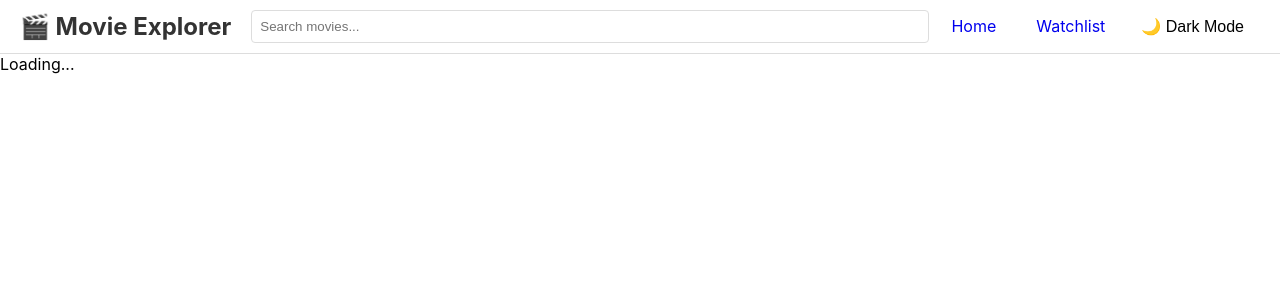
Repository: Akashmadhunala/Assignment-4-Movie_Explorer
Page: /search
The author's editor kept a copy of each file at every save. The page is drawn from the files as they stood at one save, then again after a run of saves.
The browser window is 1280 px wide. The pictures show the whole page.
The project was rebuilt for these pictures with package versions that can differ from the ones it lists, and the page was loaded fresh each time. Also part of the build but not shown: src/components/styles/MovieCard.module.css, src/components/MovieCard.js, src/styles/Home.module.css, src/pages/Home.js, src/styles/MovieDetail.module.css, src/pages/MovieDetail.js, src/styles/Search.module.css, src/components/styles/Watchlist.module.css and 2 more.

Above is the page before, as saved 2024-10-21 00:41:36.

### public/index.html
<!DOCTYPE html>
<html lang="en">
<head>
    <meta charset="UTF-8" />
    <meta name="viewport" content="width=device-width, initial-scale=1.0" />
    <title>Movie Explorer</title>
</head>
<body>
    <noscript>You need to enable JavaScript to run this app.</noscript>
    <div id="root"></div>
</body>
</html>

### src/index.js
import React from 'react';
import ReactDOM from 'react-dom/client';
import { QueryClient, QueryClientProvider } from '@tanstack/react-query'; // Import QueryClient and QueryClientProvider
import App from './App';
import './index.css';

const queryClient = new QueryClient(); // Create a new QueryClient instance

const root = ReactDOM.createRoot(document.getElementById('root'));
root.render(
  <React.StrictMode>
    <QueryClientProvider client={queryClient}> {/* Wrap your App with QueryClientProvider */}
      <App />
    </QueryClientProvider>
  </React.StrictMode>
);

### src/App.js
import React from 'react';
import { BrowserRouter as Router, Route, Routes } from 'react-router-dom';
import { ThemeProvider } from './context/ThemeContext';
import Navbar from './components/Navbar';
import Home from './pages/Home';
import MovieDetail from './pages/MovieDetail';
import Search from './pages/Search';
import WatchlistPage from './pages/WatchlistPage';
import './styles/global.css';

const App = () => {
  return (
    <ThemeProvider>
      <Router>
        <Navbar />
        <Routes>
          <Route path="/" element={<Home />} />
          <Route path="/movie/:id" element={<MovieDetail />} />
          <Route path="/search" element={<Search />} />
          <Route path="/watchlist" element={<WatchlistPage />} />
        </Routes>
      </Router>
    </ThemeProvider>
  );
};

export default App;

### src/context/ThemeContext.js
import React, { createContext, useState } from 'react';

export const ThemeContext = createContext();

export const ThemeProvider = ({ children }) => {
  const [theme, setTheme] = useState('light');

  const toggleTheme = () => {
    setTheme((prevTheme) => (prevTheme === 'light' ? 'dark' : 'light'));
  };

  return (
    <ThemeContext.Provider value={{ theme, toggleTheme }}>
      <div className={theme}>
        {children}
      </div>
    </ThemeContext.Provider>
  );
};

### src/components/Navbar.js
import React, { useContext, useState } from 'react';
import { Link, useNavigate } from 'react-router-dom';
import { ThemeContext } from '../context/ThemeContext';
import styles from './styles/Navbar.module.css';

const Navbar = () => {
  const { theme, toggleTheme } = useContext(ThemeContext);
  const [searchTerm, setSearchTerm] = useState('');
  const navigate = useNavigate();

  const handleSearch = (e) => {
    e.preventDefault();
    if (searchTerm) {
      navigate(`/search?query=${searchTerm}`);
    }
  };

  return (
    <nav className={styles.navbar}>
      <h1>🎬 Movie Explorer</h1>
      <form onSubmit={handleSearch}>
        <input
          type="text"
          value={searchTerm}
          onChange={(e) => setSearchTerm(e.target.value)}
          placeholder="Search movies..."
          className={styles.searchBar}
        />
      </form>
      <ul>
        <li><Link to="/">Home</Link></li>
        <li><Link to="/watchlist">Watchlist</Link></li>
        <li>
          <button onClick={toggleTheme} className={styles.themeToggle}>
            {theme === 'dark' ? '🌞 Light Mode' : '🌙 Dark Mode'}
          </button>
        </li>
      </ul>
    </nav>
  );
};

export default Navbar;

### src/pages/Search.js
import React, { useEffect, useState } from 'react';
import { useLocation } from 'react-router-dom';
import MovieCard from '../components/MovieCard';
import { searchMovies } from '../api/tmdbApi';
import styles from '../styles/Search.module.css';

const Search = () => {
  const [movies, setMovies] = useState([]);
  const [loading, setLoading] = useState(true);
  const query = new URLSearchParams(useLocation().search).get('query');

  useEffect(() => {
    const fetchMovies = async () => {
      const response = await fetch(searchMovies(query));
      const data = await response.json();
      setMovies(data.results);
      setLoading(false);
    };

    if (query) {
      fetchMovies();
    }
  }, [query]);

  if (loading) return <div>Loading...</div>;

  return (
    <div className={styles.search}>
      <h2>Search Results for "{query}"</h2>
      <div className={styles.movieGrid}>
        {movies.length === 0 ? (
          <p>No movies found.</p>
        ) : (
          movies.map((movie) => (
            <MovieCard key={movie.id} movie={movie} />
          ))
        )}
      </div>
    </div>
  );
};

export default Search;

### src/styles/global.css
body {
  margin: 0;
  font-family: Arial, sans-serif;
}

h1, h2, h3 {
  color: #333;
}

nav {
  background: #fff;
  padding: 10px;
  border-bottom: 1px solid #ccc;
}

nav a {
  margin: 0 10px;
  text-decoration: none;
}

### src/components/styles/Navbar.module.css
.navbar {
    display: flex;
    justify-content: space-between;
    align-items: center;
    padding: 10px 20px;
    background-color: #fff;
    border-bottom: 1px solid #ddd;
  }

  .navbar h1 {
    font-size: 1.5rem;
    margin: 0;
  }

  .navbar form {
    flex: 1;
    margin: 0 20px;
  }

  .navbar input {
    width: 100%;
    padding: 8px;
    border: 1px solid #ddd;
    border-radius: 4px;
  }

  .navbar ul {
    list-style: none;
    display: flex;
    margin: 0;
    padding: 0;
  }

  .navbar li {
    margin: 0 10px;
  }

  .navbar .themeToggle {
    background-color: transparent;
    border: none;
    cursor: pointer;
    font-size: 1rem;
  }

### src/api/tmdbApi.js
const API_KEY = process.env.REACT_APP_TMDB_API_KEY;
const BASE_URL = 'https://api.themoviedb.org/3';

export const getTrendingMovies = async () => {
  const response = await fetch(`${BASE_URL}/trending/movie/week?api_key=${API_KEY}`);
  if (!response.ok) {
    throw new Error('Failed to fetch movies');
  }
  const data = await response.json();
  return data.results; // return the list of movies
};

export const getMovieDetails = async (id) => {
  const response = await fetch(`${BASE_URL}/movie/${id}?api_key=${API_KEY}`);
  if (!response.ok) {
    throw new Error('Failed to fetch movie details');
  }
  return response.json();
};

export const searchMovies = async (query) => {
  const response = await fetch(`${BASE_URL}/search/movie?api_key=${API_KEY}&query=${query}`);
  if (!response.ok) {
    throw new Error('Failed to search movies');
  }
  const data = await response.json();
  return data.results;
};

Loaded but not shown: src/index.css (common file)

After the next 2 saves:
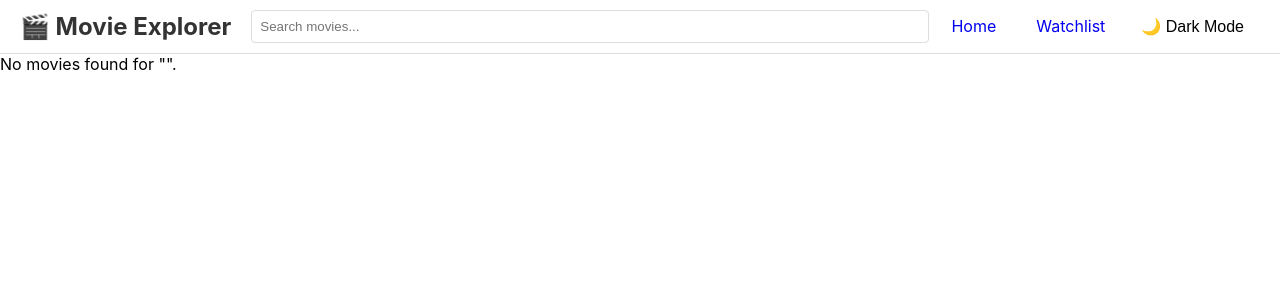
The 2 saves are shown as one change because 1 did not build or start.
The last was saved 14 min 21 s later.
--- a/src/pages/Search.js
+++ b/src/pages/Search.js
@@ -1,40 +1,36 @@
-import React, { useEffect, useState } from 'react';
-import { useLocation } from 'react-router-dom';
+import React from 'react';
+import { useSearchParams } from 'react-router-dom';
+import { useQuery } from '@tanstack/react-query';
 import MovieCard from '../components/MovieCard';
 import { searchMovies } from '../api/tmdbApi';
 import styles from '../styles/Search.module.css';
 
 const Search = () => {
-  const [movies, setMovies] = useState([]);
-  const [loading, setLoading] = useState(true);
-  const query = new URLSearchParams(useLocation().search).get('query');
+  const [searchParams] = useSearchParams();
+  const query = searchParams.get('query');
 
-  useEffect(() => {
-    const fetchMovies = async () => {
-      const response = await fetch(searchMovies(query));
-      const data = await response.json();
-      setMovies(data.results);
-      setLoading(false);
-    };
+  // Fetch search results using React Query and TMDb API
+  const { data, isLoading, error } = useQuery({
+    queryKey: ['searchMovies', query], // Include search query in the queryKey
+    queryFn: () => searchMovies(query), // Function to fetch movies based on the query
+    enabled: !!query, // Only run this query if there is a search query
+  });
 
-    if (query) {
-      fetchMovies();
-    }
-  }, [query]);
+  if (isLoading) return <div>Searching for movies...</div>;
+  if (error) return <div>Error fetching search results.</div>;
 
-  if (loading) return <div>Loading...</div>;
+  // Handle case when no movies are found
+  if (!data || data.length === 0) {
+    return <div>No movies found for "{query}".</div>;
+  }
 
   return (
-    <div className={styles.search}>
+    <div className={styles.searchResults}>
       <h2>Search Results for "{query}"</h2>
-      <div className={styles.movieGrid}>
-        {movies.length === 0 ? (
-          <p>No movies found.</p>
-        ) : (
-          movies.map((movie) => (
-            <MovieCard key={movie.id} movie={movie} />
-          ))
-        )}
+      <div className={styles.movieList}>
+        {data.map((movie) => (
+          <MovieCard key={movie.id} movie={movie} />
+        ))}
       </div>
     </div>
   );
